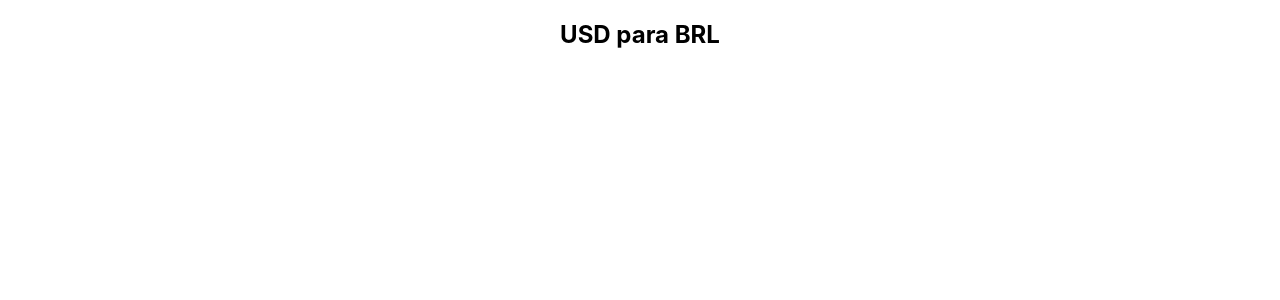
Repository: higodev/react-currency-converter
Page: /
These files come from the project's save history. The page is drawn as it stood at one moment and after the next save; the edit follows.
The browser window is 1280 px wide. The pictures show the whole page.
The project was rebuilt for these pictures with package versions that can differ from the ones it lists, and the page was loaded fresh each time.

Above is the page before, as saved 2020-05-31 17:56:31.

After the next save:
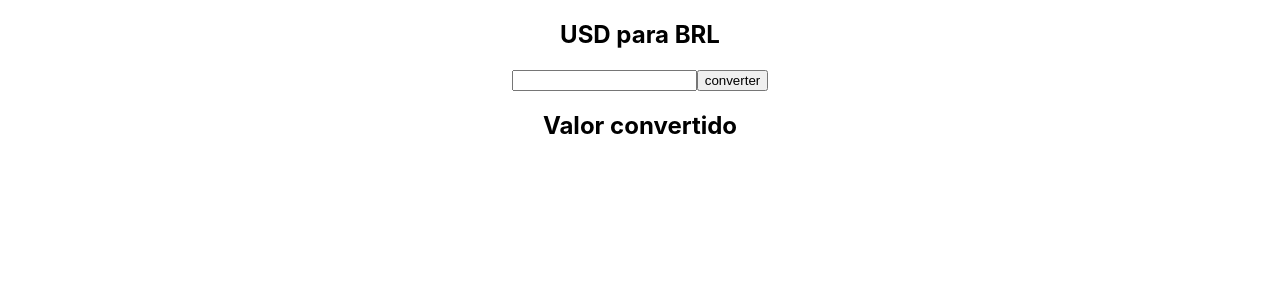
Saved 65 s later.
--- a/src/components/Conversor.js
+++ b/src/components/Conversor.js
@@ -5,6 +5,9 @@ export default class Conversor extends Component {
     return (
       <div className="conversor">
         <h2>USD para BRL</h2>
+        <input type="text" />
+        <input type="button" value="converter" />
+        <h2>Valor convertido</h2>
       </div>
     );
   }
